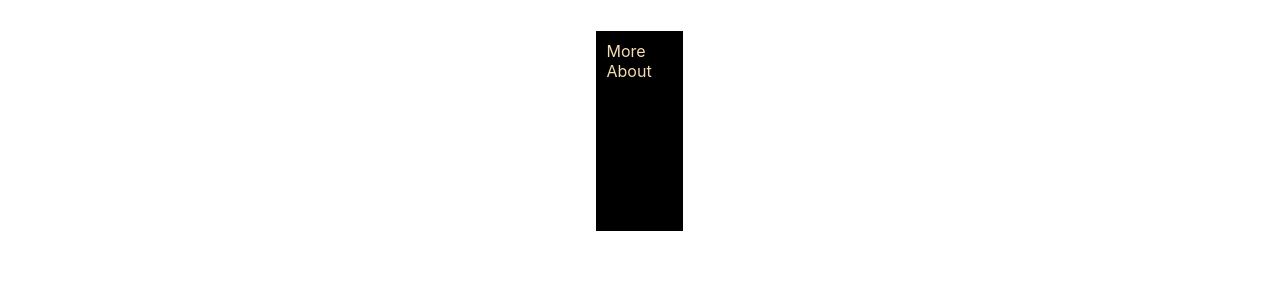
Repository: MiroslavWise/test-gallery
Page: /
These files come from the project's save history. The page is drawn as it stood at one moment and after the next save; the edit follows.
The browser window is 1280 px wide. The pictures show the whole page.
The page's requests for data from a server got no answer. The project was rebuilt for these pictures with package versions that can differ from the ones it lists, and the page was loaded fresh each time. No one was signed in, and anything a server would have sent is missing.

Above is the page before, as saved 2022-06-22 17:40:01.

After the next save:
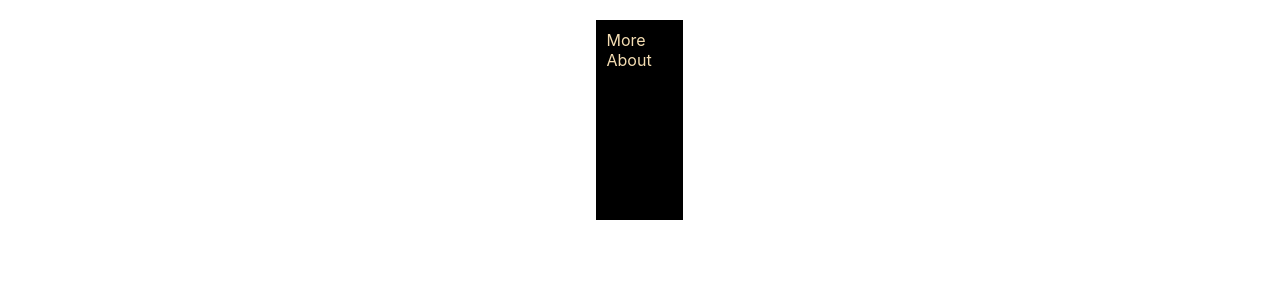
Saved 7 s later.
--- a/src/index.scss
+++ b/src/index.scss
@@ -23,7 +23,7 @@
   display: flex;
   flex-direction: column;
   width: 80%;
-  margin: 10%;
+  margin: 0 10%;
   background-color: black;
   height: 200px;
 }
